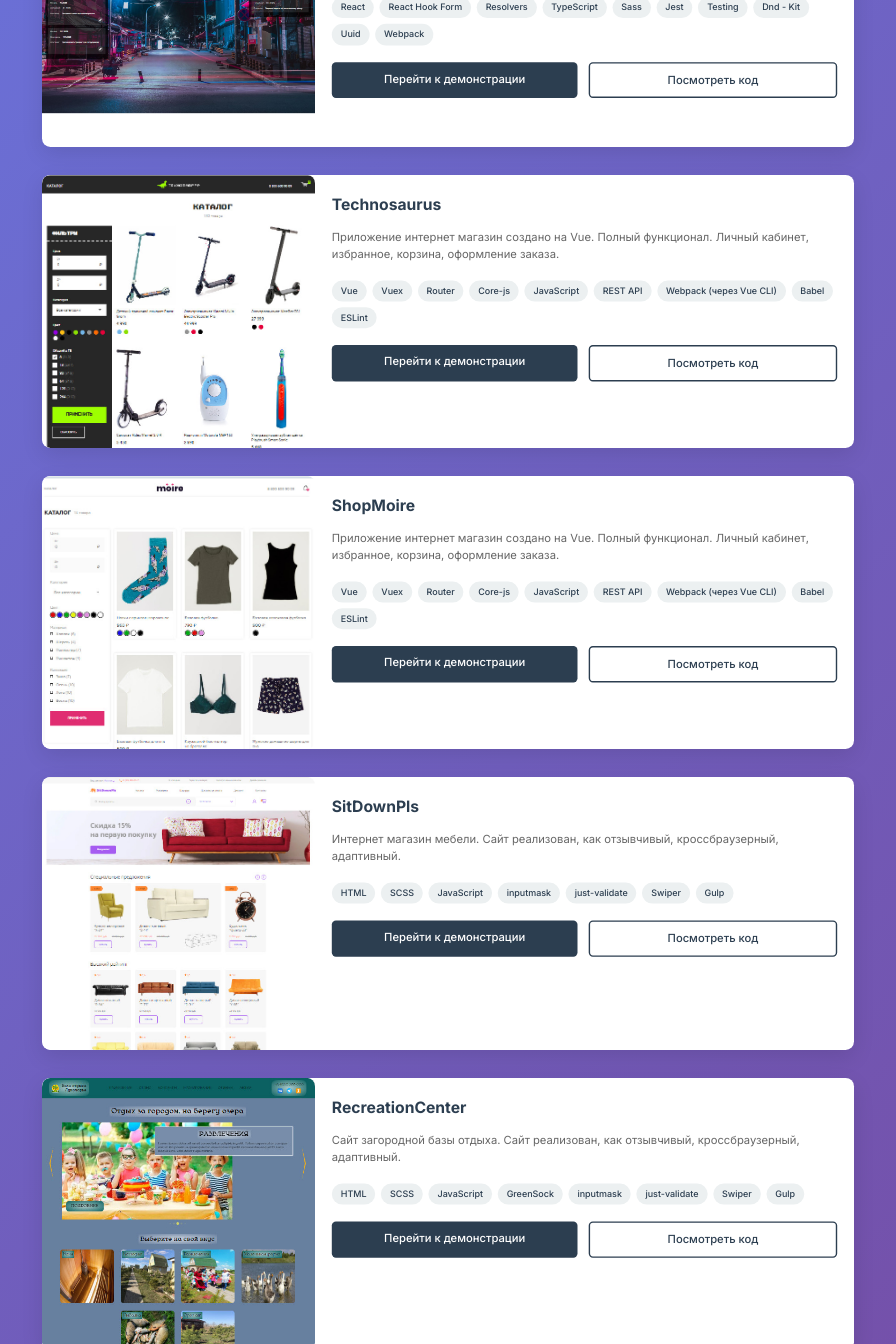
Repository: RostislavZeberg/resume-app
Page: /
The author's editor kept a copy of each file at every save. The page is drawn from the files as they stood at one save, then again after the next save.
The browser window is 1280 px wide. The pictures show the part of the page from y = 1617 to 3537 px (the page is 6719 px tall before and 6589 px after), at 70% of full size.
The project was rebuilt for these pictures with package versions that can differ from the ones it lists, and the page was loaded fresh each time. The framework's server and built-in components were replaced by stand-ins that run in the browser. Also part of the build but not shown: next.config.ts.

Above is the page before, as saved 2025-09-21 16:50:33.

After the next save:
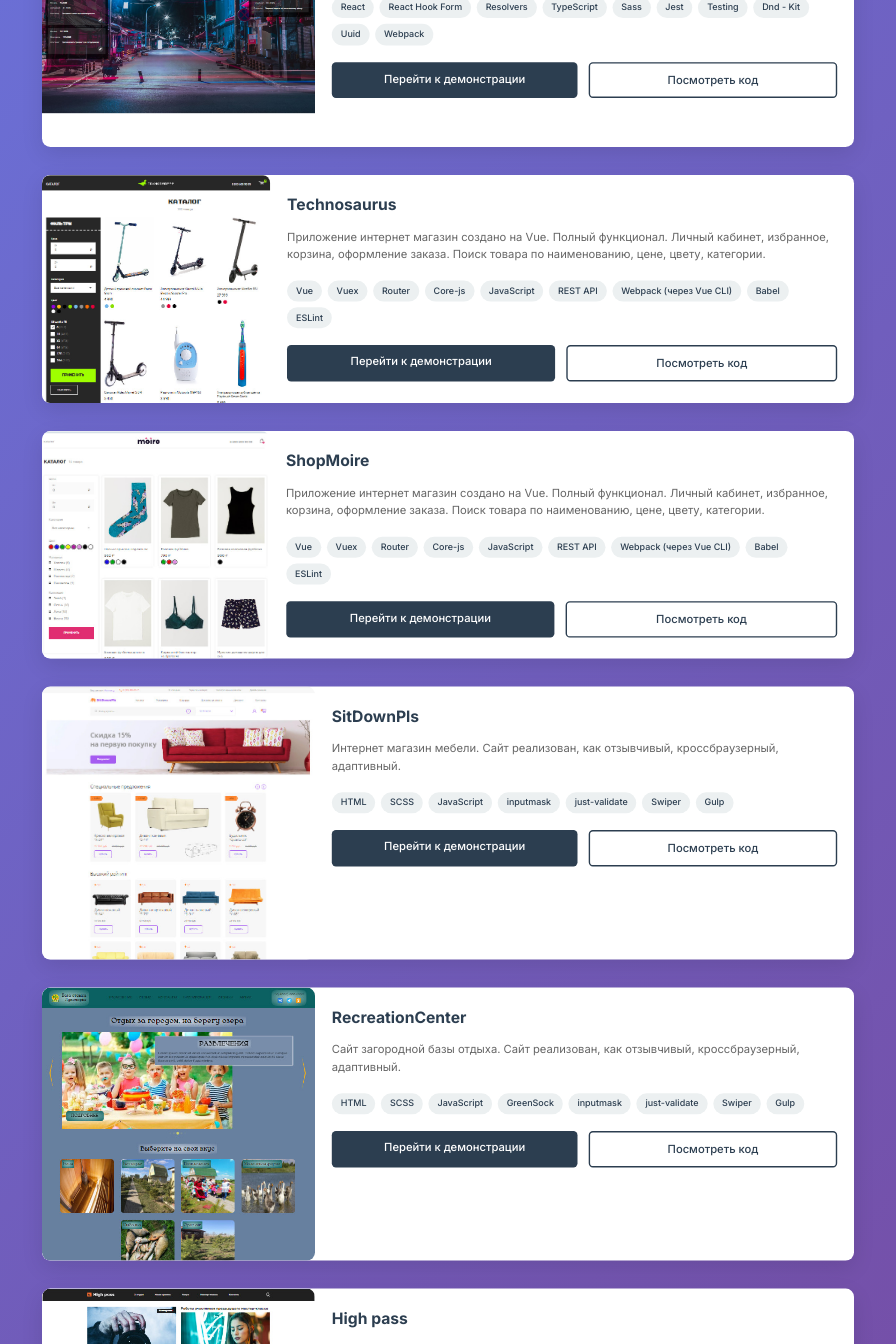
Saved 35 s later.
--- a/info/projects.ts
+++ b/info/projects.ts
@@ -30,14 +30,14 @@ export const projects = [
   },
   {
     name: 'Technosaurus',
-    description: 'Приложение интернет магазин создано на Vue. Полный функционал. Личный кабинет, избранное, корзина, оформление заказа.',
+    description: 'Приложение интернет магазин создано на Vue. Полный функционал. Личный кабинет, избранное, корзина, оформление заказа. Поиск товара по наименованию, цене, цвету, категории.',
     demoLink: 'https://rostislavzeberg.github.io/Technosaurus/#/',
     codeLink: 'https://github.com/RostislavZeberg/Technosaurus',
     technologies: ['Vue', 'Vuex', 'Router', 'Core-js', 'JavaScript', 'REST API', 'Webpack (через Vue CLI)', 'Babel', 'ESLint']
   },
   {
     name: 'ShopMoire',
-    description: 'Приложение интернет магазин создано на Vue. Полный функционал. Личный кабинет, избранное, корзина, оформление заказа.',
+    description: 'Приложение интернет магазин создано на Vue. Полный функционал. Личный кабинет, избранное, корзина, оформление заказа. Поиск товара по наименованию, цене, цвету, категории.',
     demoLink: 'https://rostislavzeberg.github.io/ShopMoire/#/',
     codeLink: 'https://github.com/RostislavZeberg/ShopMoire',
     technologies: ['Vue', 'Vuex', 'Router', 'Core-js', 'JavaScript', 'REST API', 'Webpack (через Vue CLI)', 'Babel', 'ESLint']
